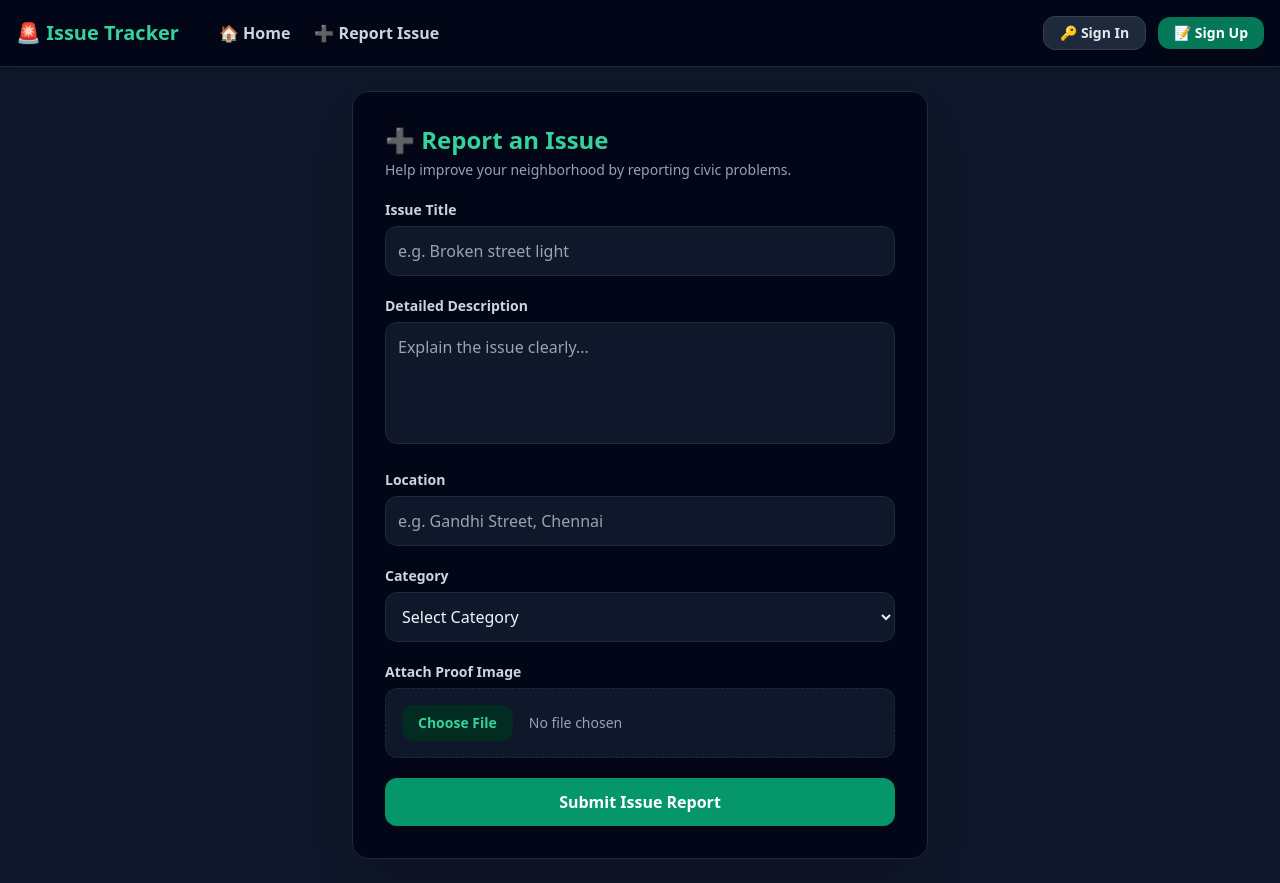
Repository: pugazhendhiprem3-cp/local-issue-management-system-.-.-.
Page: /create-issue (app in my-react-app/)
These files come from the project's save history. The page is drawn as it stood at one moment and after a run of saves; the edit follows.
The browser window is 1280 px wide. The pictures show the whole page.
The project was rebuilt for these pictures with package versions that can differ from the ones it lists, and the page was loaded fresh each time. Also part of the build but not shown: my-react-app/vite.config.js, my-react-app/src/pages/IssuesFeed.jsx, my-react-app/src/pages/login.jsx, my-react-app/src/pages/Signup.jsx.

Above is the page before, as saved 2026-05-23 14:16:53.

### my-react-app/index.html
<!doctype html>
<html lang="en">
  <head>
    <meta charset="UTF-8" />
    <link rel="icon" type="image/svg+xml" href="/favicon.svg" />
    <meta name="viewport" content="width=device-width, initial-scale=1.0" />
    <title>my-react-app</title>
  </head>
  <body>
    <div id="root"></div>
    <script type="module" src="/src/main.jsx"></script>
  </body>
</html>

### my-react-app/src/App.jsx
import React, { useState, useEffect } from 'react';
import { BrowserRouter as Router, Routes, Route, Link } from 'react-router-dom';

import CreateIssue from './pages/CreateIssue';
import IssuesFeed from './pages/IssuesFeed';
import Login from './pages/Login';
import Signup from './pages/Signup';

// 🟢 Home Page
const Home = () => {
  return (
    <div className="space-y-10">

      {/* Welcome Banner */}
      <div className="text-center mt-12 p-8 bg-slate-950 rounded-xl border border-slate-800 max-w-xl mx-auto shadow-2xl">

        <h1 className="text-3xl font-bold text-emerald-400 mb-4">
          🚨 Local Issue Tracker
        </h1>

        <p className="text-slate-400 mb-6">
          Track and report civic issues in your neighborhood instantly.
        </p>

        <Link
          to="/create-issue"
          className="inline-block bg-emerald-600 hover:bg-emerald-500 text-white font-bold py-2.5 px-6 rounded transition duration-200"
        >
          Report a New Issue Now
        </Link>
      </div>

      {/* Live Feed */}
      <IssuesFeed />

    </div>
  );
};

function App() {

  // 🟢 Authentication State
  const [isAuthenticated, setIsAuthenticated] = useState(false);

  // 🟢 Check token on page load
  useEffect(() => {
    const token = localStorage.getItem('token');
    setIsAuthenticated(!!token);
  }, []);

  // 🟢 Logout Function
  const handleLogout = () => {
    localStorage.removeItem('token');
    localStorage.removeItem('role');

    setIsAuthenticated(false);

    window.location.href = '/';
  };

  return (
    <Router>

      <div className="min-h-screen bg-slate-900 text-white">

        {/* ================= NAVBAR ================= */}
        <nav className="p-4 bg-slate-950 border-b border-slate-800 flex justify-between items-center shadow-md">

          {/* Left Side */}
          <div className="flex gap-6 items-center">

            <div className="text-xl font-bold text-emerald-400 mr-4">
              🚨 Issue Tracker
            </div>

            <Link
              to="/"
              className="text-slate-300 font-semibold hover:text-emerald-400 transition-colors"
            >
              🏠 Home
            </Link>

            <Link
              to="/create-issue"
              className="text-slate-300 font-semibold hover:text-emerald-400 transition-colors"
            >
              ➕ Report Issue
            </Link>

          </div>

          {/* Right Side */}
          <div className="flex gap-3 items-center">

            {isAuthenticated ? (

              // 🟢 SHOW LOGOUT BUTTON
              <button
                onClick={handleLogout}
                className="bg-red-950 hover:bg-red-900 text-red-200 border border-red-800 font-semibold py-1.5 px-4 rounded-xl transition duration-200 text-sm"
              >
                🛑 Sign Out
              </button>

            ) : (

              // 🟢 SHOW LOGIN + SIGNUP
              <>
                <Link
                  to="/login"
                  className="bg-slate-800 hover:bg-slate-700 text-slate-200 border border-slate-700 font-semibold py-1.5 px-4 rounded-xl transition duration-200 text-sm"
                >
                  🔑 Sign In
                </Link>

                <Link
                  to="/signup"
                  className="bg-emerald-700 hover:bg-emerald-600 text-white font-semibold py-1.5 px-4 rounded-xl transition duration-200 text-sm"
                >
                  📝 Sign Up
                </Link>
              </>

            )}

          </div>

        </nav>

        {/* ================= ROUTES ================= */}
        <div className="container mx-auto px-4 py-6">

          <Routes>

            {/* Home */}
            <Route path="/" element={<Home />} />

            {/* Create Issue */}
            <Route path="/create-issue" element={<CreateIssue />} />

            {/* Login */}
            <Route
              path="/login"
              element={
                <Login setIsAuthenticated={setIsAuthenticated} />
              }
            />

            {/* Signup */}
            <Route
              path="/signup"
              element={<Signup />}
            />

          </Routes>

        </div>

      </div>

    </Router>
  );
}

export default App;

### my-react-app/src/pages/CreateIssue.jsx
import React, { useState } from 'react';
import { useNavigate } from 'react-router-dom';
import API from '../services/api';

const CreateIssue = () => {

    // 🟢 Full Form State
    const [formDataState, setFormDataState] = useState({
        title: '',
        description: '',
        location: '',
        category: '',
    });

    const [imageFile, setImageFile] = useState(null);

    const [loading, setLoading] = useState(false);
    const [error, setError] = useState('');

    const navigate = useNavigate();

    // 🟢 Handle Input Changes
    const handleChange = (e) => {
        setFormDataState({
            ...formDataState,
            [e.target.name]: e.target.value
        });
    };

    // 🟢 Handle Image Upload
    const handleFileChange = (e) => {
        setImageFile(e.target.files[0]);
    };

    // 🟢 Submit Form
    const handleSubmit = async (e) => {

        e.preventDefault();

        setLoading(true);
        setError('');

        try {

            // 🟢 MULTIPART FORM DATA
            const formData = new FormData();

            formData.append('title', formDataState.title);
            formData.append('description', formDataState.description);
            formData.append('location', formDataState.location);
            formData.append('category', formDataState.category);

            if (imageFile) {
                formData.append('image', imageFile);
            }

            // 🟢 API REQUEST
            await API.post('/issues', formData, {
                headers: {
                    'Content-Type': 'multipart/form-data'
                }
            });

            alert('🎉 Issue Report Submitted Successfully!');

            navigate('/');

        } catch (err) {

            console.error(err);

            setError(
                err.response?.data ||
                'Failed to submit issue.'
            );

        } finally {
            setLoading(false);
        }
    };

    return (

        <div className="flex justify-center items-center min-h-[80vh]">

            <form
                onSubmit={handleSubmit}
                className="bg-slate-950 border border-slate-800 p-8 rounded-2xl shadow-2xl w-full max-w-xl space-y-5"
            >

                {/* HEADER */}
                <div>

                    <h2 className="text-2xl font-bold text-emerald-400">
                        ➕ Report an Issue
                    </h2>

                    <p className="text-slate-400 text-sm mt-1">
                        Help improve your neighborhood by reporting civic problems.
                    </p>

                </div>

                {/* ERROR */}
                {error && (
                    <div className="bg-red-950/50 border border-red-800 text-red-400 text-sm p-3 rounded-xl text-center">
                        ⚠️ {error}
                    </div>
                )}

                {/* TITLE */}
                <div>

                    <label className="block text-sm font-semibold text-slate-300 mb-1.5">
                        Issue Title
                    </label>

                    <input
                        type="text"
                        name="title"
                        value={formDataState.title}
                        onChange={handleChange}
                        placeholder="e.g. Broken street light"
                        aria-placeholder=''
                        required
                        className="w-full p-3 rounded-xl bg-slate-900 border border-slate-800 focus:outline-none focus:border-emerald-500 text-slate-100"
                    />

                </div>

                {/* DESCRIPTION */}
                <div>

                    <label className="block text-sm font-semibold text-slate-300 mb-1.5">
                        Detailed Description
                    </label>

                    <textarea
                        name="description"
                        value={formDataState.description}
                        onChange={handleChange}
                        placeholder="Explain the issue clearly..."
                        required
                        rows="4"
                        className="w-full p-3 rounded-xl bg-slate-900 border border-slate-800 focus:outline-none focus:border-emerald-500 text-slate-100 resize-none"
                    />

                </div>

                {/* LOCATION */}
                <div>

                    <label className="block text-sm font-semibold text-slate-300 mb-1.5">
                        Location
                    </label>

                    <input
                        type="text"
                        name="location"
                        value={formDataState.location}
                        onChange={handleChange}
                        placeholder="e.g. Gandhi Street, Chennai"
                        className="w-full p-3 rounded-xl bg-slate-900 border border-slate-800 focus:outline-none focus:border-emerald-500 text-slate-100"
                    />

                </div>

                {/* CATEGORY */}
                <div>

                    <label className="block text-sm font-semibold text-slate-300 mb-1.5">
                        Category
                    </label>

                    <select
                        name="category"
                        value={formDataState.category}
                        onChange={handleChange}
                        className="w-full p-3 rounded-xl bg-slate-900 border border-slate-800 focus:outline-none focus:border-emerald-500 text-slate-100"
                    >
                        <option value="">Select Category</option>
                        <option value="ROAD">Road</option>
                        <option value="WATER">Water</option>
                        <option value="ELECTRICAL">Electrical</option>
                        <option value="GARBAGE">Garbage</option>
                        <option value="DRAINAGE">Drainage</option>
                        <option value="STREETLIGHT">Street Light</option>
                        <option value="OTHERS">Others</option>
                    </select>

                </div>

                {/* IMAGE */}
                <div>

                    <label className="block text-sm font-semibold text-slate-300 mb-1.5">
                        Attach Proof Image
                    </label>

                    <div className="w-full bg-slate-900 border border-slate-800 rounded-xl p-4 border-dashed">

                        <input
                            type="file"
                            accept="image/*"
                            onChange={handleFileChange}
                            className="w-full text-sm text-slate-400 file:mr-4 file:py-2 file:px-4 file:rounded-xl file:border-0 file:text-sm file:font-semibold file:bg-emerald-950 file:text-emerald-400 hover:file:bg-emerald-900 cursor-pointer"
                        />

                    </div>

                </div>

                {/* BUTTON */}
                <button
                    type="submit"
                    disabled={loading}
                    className="w-full bg-emerald-600 hover:bg-emerald-500 disabled:bg-emerald-800 text-white font-bold p-3 rounded-xl transition duration-200"
                >
                    {loading ? 'Submitting...' : 'Submit Issue Report'}
                </button>

            </form>

        </div>
    );
};

export default CreateIssue;

### my-react-app/src/services/api.js
import axios from 'axios';

const API = axios.create({
    baseURL: 'http://localhost:8080'
});

// Automatically intercept every outgoing HTTP request and attach the JWT token
API.interceptors.request.use((config) => {
    const token = localStorage.getItem('token');
    if (token) {
        config.headers.Authorization = `Bearer ${token}`;
    }
    return config;
}, (error) => {
    return Promise.reject(error);
});

export default API;

Loaded but not shown: my-react-app/src/main.jsx (common file); my-react-app/src/index.css (common file); my-react-app/tailwind.config.js (common file)

After the next 3 saves:
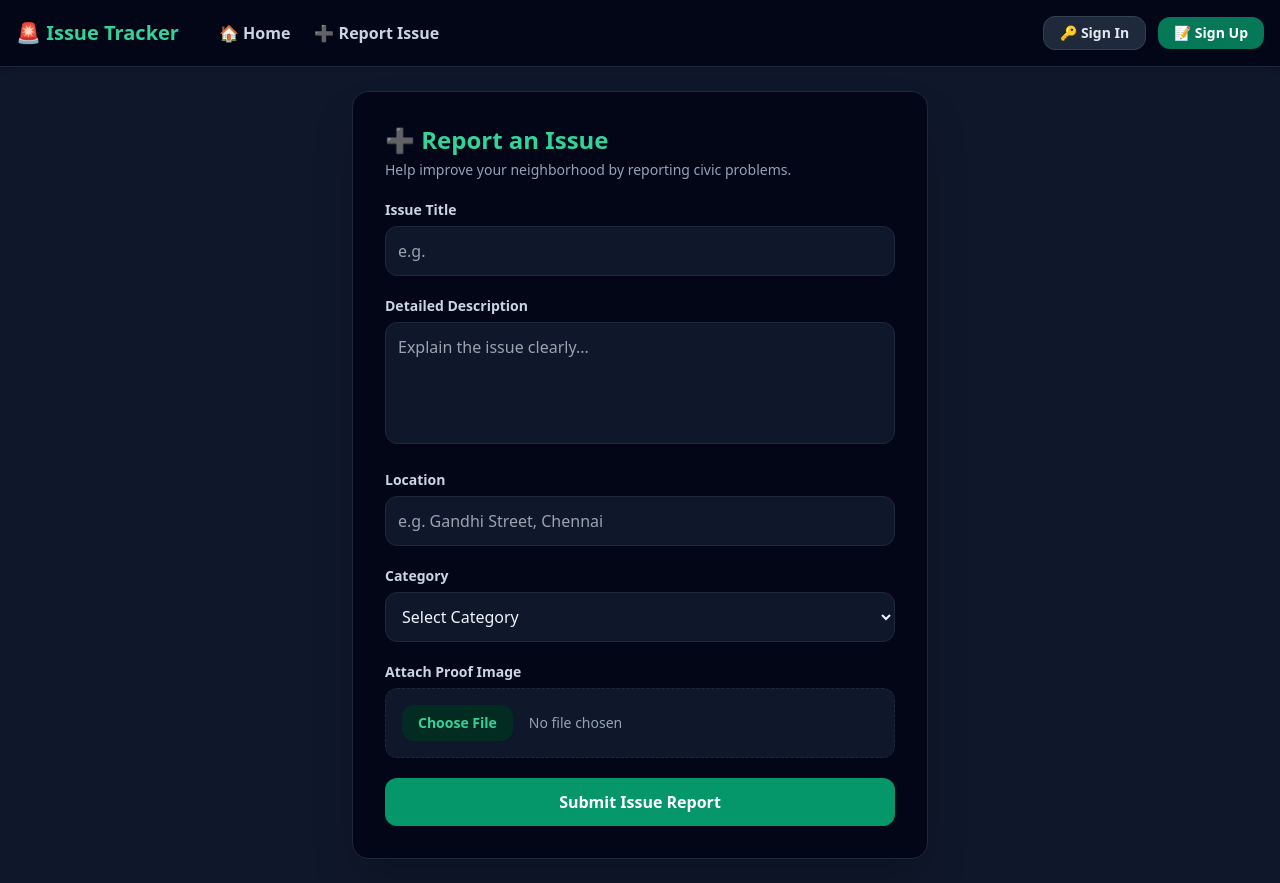
The 3 saves are shown as one change because they came seconds apart.
The last was saved 13 s later.
--- a/my-react-app/src/pages/CreateIssue.jsx
+++ b/my-react-app/src/pages/CreateIssue.jsx
@@ -121,7 +121,7 @@
                         value={formDataState.title}
                         onChange={handleChange}
                         placeholder="e.g. Broken street light"
-                        aria-placeholder=''
+                        placeholder="e.g."
                         required
                         className="w-full p-3 rounded-xl bg-slate-900 border border-slate-800 focus:outline-none focus:border-emerald-500 text-slate-100"
                     />

After the save that followed:
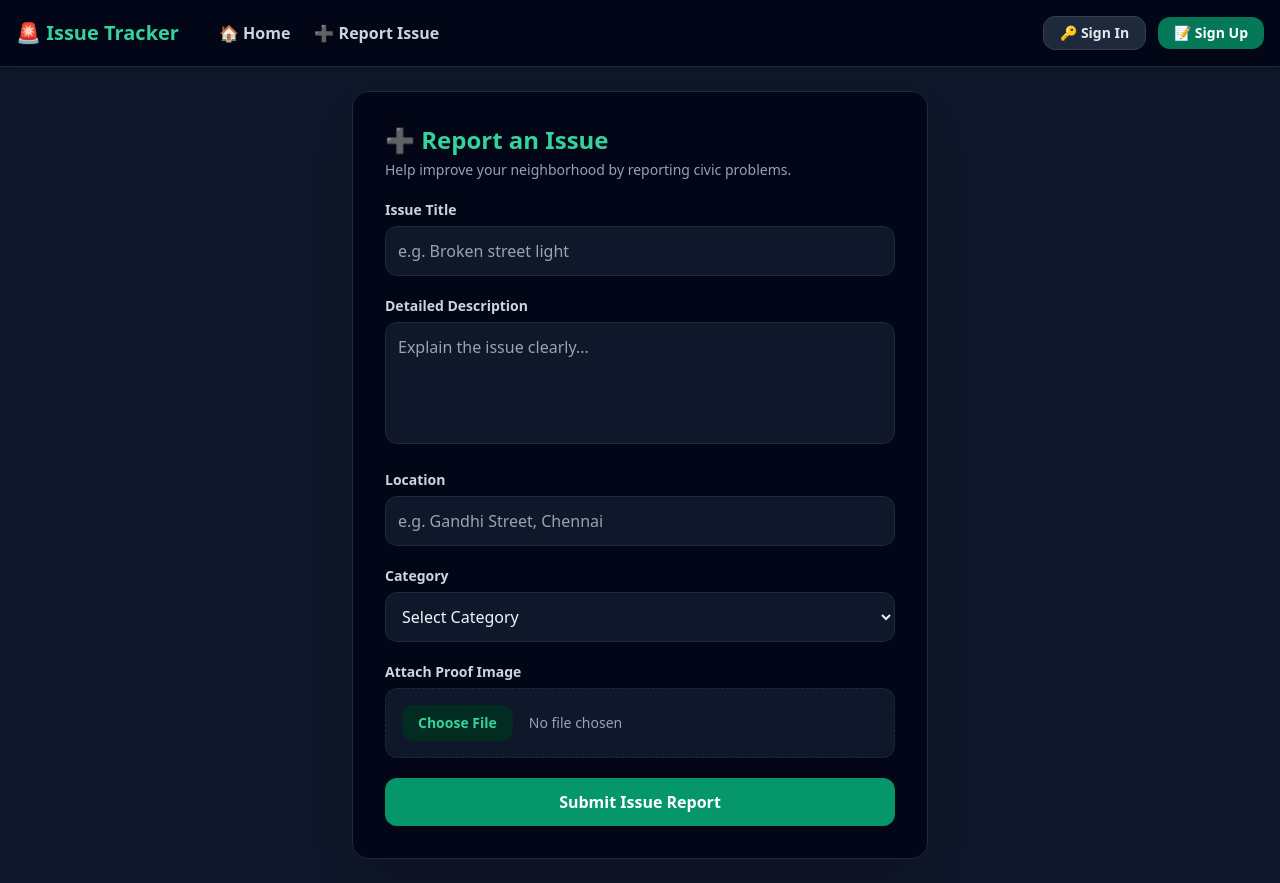
Saved 5 s later.
--- a/my-react-app/src/pages/CreateIssue.jsx
+++ b/my-react-app/src/pages/CreateIssue.jsx
@@ -121,7 +121,7 @@
                         value={formDataState.title}
                         onChange={handleChange}
                         placeholder="e.g. Broken street light"
-                        placeholder="e.g."
+                        arplaceholder="e.g."
                         required
                         className="w-full p-3 rounded-xl bg-slate-900 border border-slate-800 focus:outline-none focus:border-emerald-500 text-slate-100"
                     />
